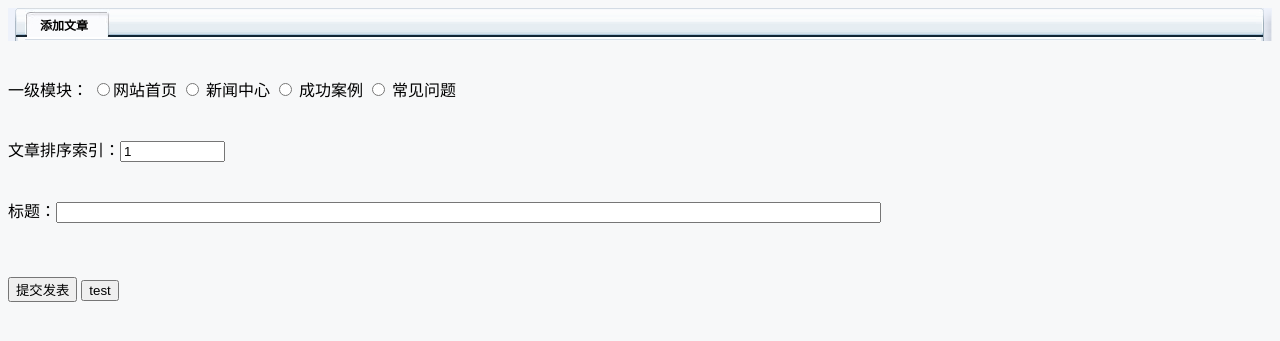
Repository: wzhcxw/shop
Page: ShopOnline/WebContent/admin/editor.html
The author's editor kept a copy of each file at every save. The page is drawn from the files as they stood at one save, then again after the next save.
The browser window is 1280 px wide. The pictures show the whole page.

Above is the page before, as saved 2014-09-24 19:59:20.
Console error (its wording comes from the project's code and is left out).

After the next save:
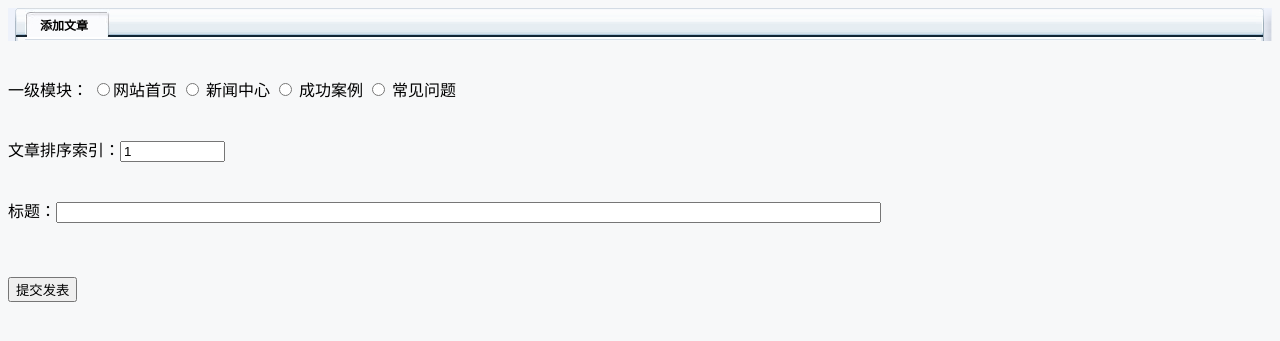
Saved 110 s later.
--- a/ShopOnline/WebContent/admin/editor.html
+++ b/ShopOnline/WebContent/admin/editor.html
@@ -140,7 +140,6 @@ For licensing, see LICENSE.md or http://ckeditor.com/license
 	<!-- This div will hold the editor. -->
 
 		<button size="20" onclick="postss()" id="button">提交发表</button>
-		<button size="20" onclick="pase()" id="button1">test</button>
 	<br>
 	<br>
 	<br>
